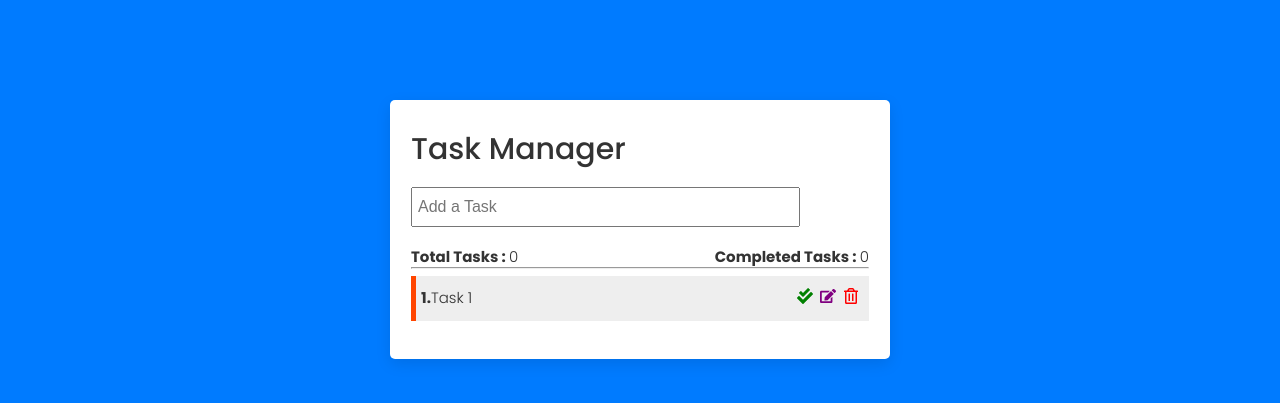
Repository: lucas-andedi/mern-task-manager-app-backend
Page: / (app in frontend/)
These files come from the project's save history. The page is drawn as it stood at one moment and after a run of saves; the edit follows.
The browser window is 1280 px wide. The pictures show the whole page.
The project was rebuilt for these pictures with package versions that can differ from the ones it lists, and the page was loaded fresh each time.

Above is the page before, as saved 2022-11-28 17:03:51.

### frontend/src/App.js
import { ToastContainer, toast } from 'react-toastify';
import 'react-toastify/dist/ReactToastify.css';
import TaskList from "./components/TaskList";

function App() {
  return (
    <div className="app">
      <div className="task-container">
        <TaskList />
      </div>
      <ToastContainer />
    </div>
  );
}

export default App;

### frontend/src/components/TaskList.js
import { useState } from "react"
import Task from "./Task"
import TaskForm from "./TaskForm"


const TaskList = () => {
  const [formData, setFormData] = useState({
    name: "",
    completed: false
  })

  const { name } = formData

  const handleInputChange = () => {
    const {name , value} = e.target
    setFormData({ ...formData , [name]: value})
  }
  return (
    <div>
      <h2>Task Manager</h2>
      <TaskForm />
      <div className="--flex-between --pb">
        <p>
          <b>Total Tasks : </b> 0
        </p>
        <p>
          <b>Completed Tasks : </b> 0
        </p>
      </div>
      <hr />
      <Task />
    </div>
  )
}

export default TaskList

### frontend/src/components/Task.js
import { FaCheckDouble, FaEdit , FaRegTrashAlt} from 'react-icons/fa'

const Task = () => {
  return (
    <div className="task">
      <p>
        <b>1.</b>
        Task 1
      </p>
      <div className="task-icons">
        <FaCheckDouble color="green" />
        <FaEdit  color='purple'/>
        <FaRegTrashAlt  color="red"/>
      </div>
    </div>
  )
}

export default Task

### frontend/src/components/TaskForm.js


const TaskForm = ({ createTask , name,handleInputChange}) => {
  return (
    <form action="" className="task-form" onSubmit={createTask}>
        <input type="text" placeholder="Add a Task" name="name" value={name} onChange={handleInputChange} />

    </form>
  )
}

export default TaskForm

Loaded but not shown: frontend/public/index.html (common file); frontend/src/index.js (common file); frontend/src/index.css (common file)

After the next 2 saves:
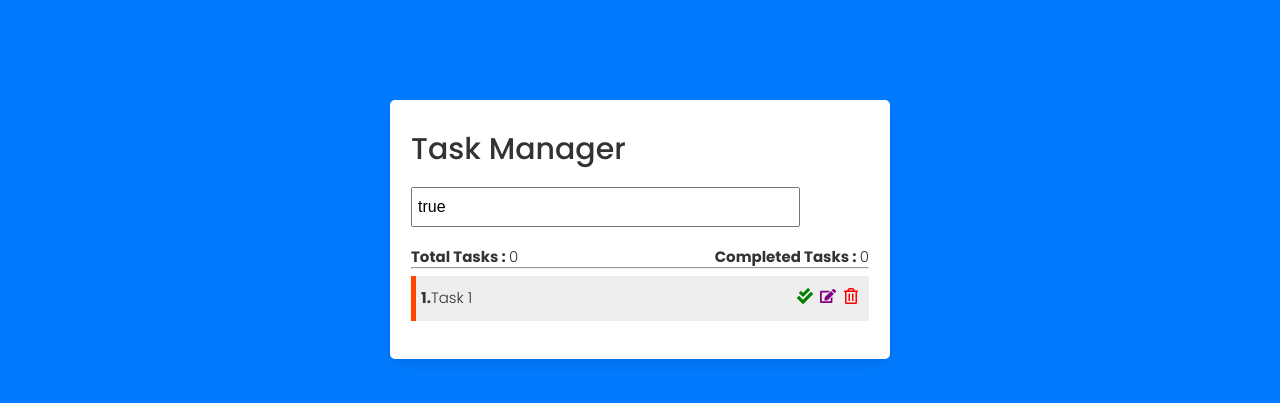
The 2 saves are shown as one change because they came seconds apart.
The last was saved 104 s later.
--- a/frontend/src/components/TaskList.js
+++ b/frontend/src/components/TaskList.js
@@ -18,7 +18,7 @@
   return (
     <div>
       <h2>Task Manager</h2>
-      <TaskForm />
+      <TaskForm name />
       <div className="--flex-between --pb">
         <p>
           <b>Total Tasks : </b> 0

After the 5 saves that followed:
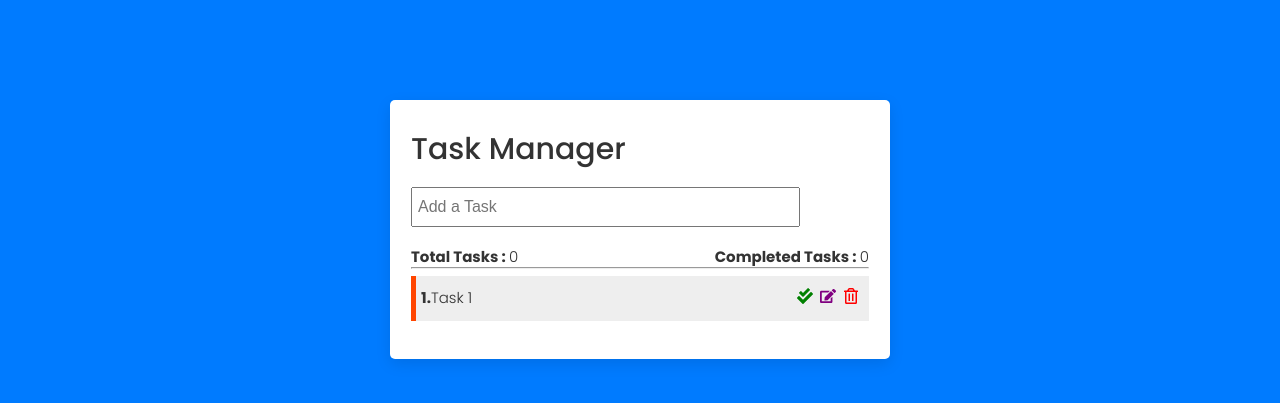
The 5 saves are shown as one change because 1 did not build or start and some came seconds apart.
The last was saved 15 s later.
--- a/frontend/src/components/TaskList.js
+++ b/frontend/src/components/TaskList.js
@@ -18,7 +18,7 @@
   return (
     <div>
       <h2>Task Manager</h2>
-      <TaskForm name />
+      <TaskForm name={name} handleInputChange={handleInputChange} />
       <div className="--flex-between --pb">
         <p>
           <b>Total Tasks : </b> 0
